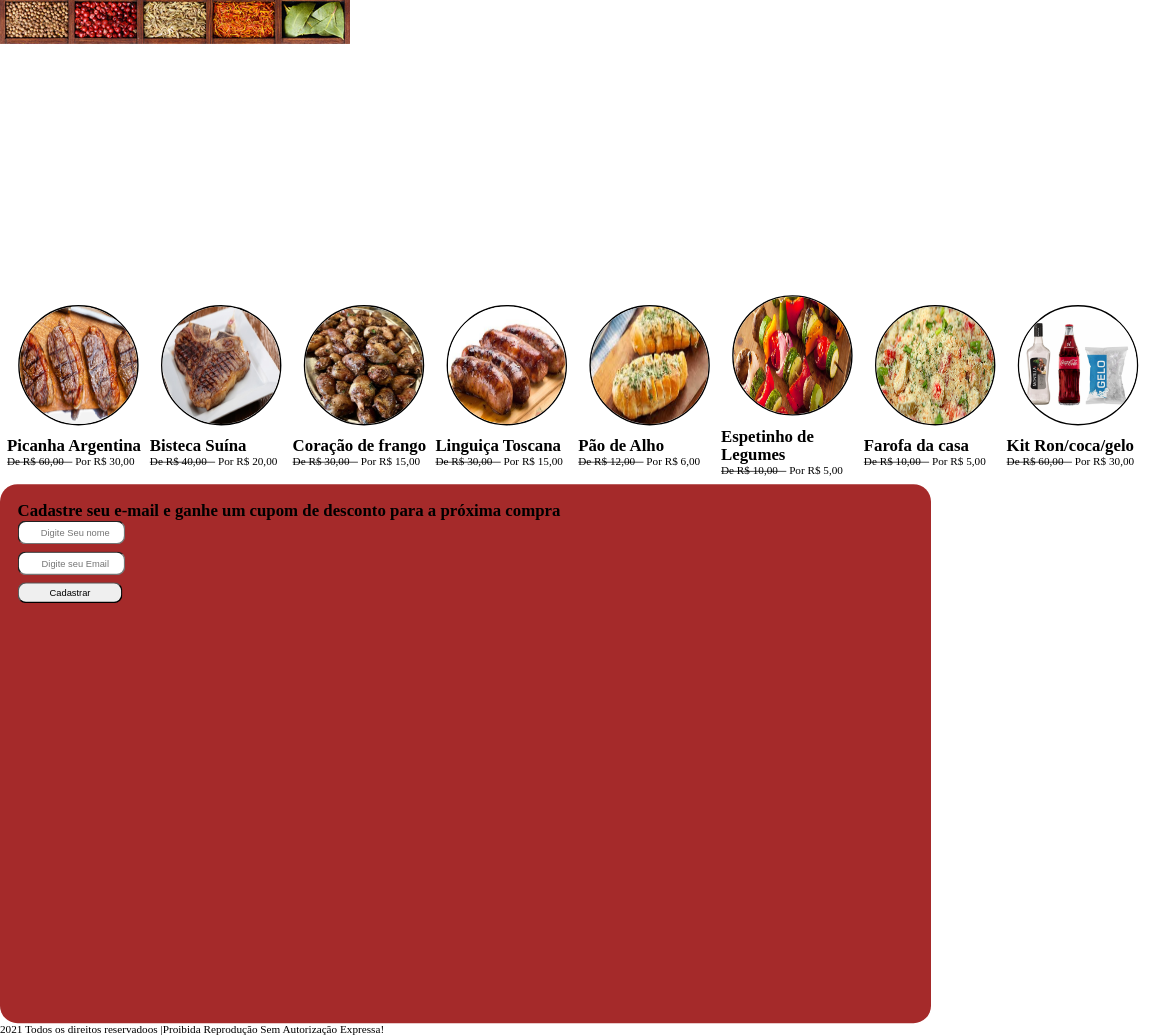
Repository: PauloMarquess/ProjetoBlackFriday
Page: index.html
These files come from the project's save history. The page is drawn as it stood at one moment and after the next save; the edit follows.
The browser window is 1280 px wide. The page is 1642 px wide, so the pictures cover 1642 px, including what lies to the right of the window. The pictures show the part of the page from y = 1034 to 2514 px (the page is 2514 px tall before and 2478 px after), at 70% of full size.

Above is the page before, as saved 2021-07-15 19:01:52.

### index.html
<!DOCTYPE html>
<html lang="pt-Br">

<head>
    <meta charset="UTF-8">
    <meta http-equiv="X-UA-Compatible" content="IE=edge">
    <meta name="viewport" content="width=device-width, initial-scale=1.0">
    <link rel="stylesheet" href="./css/style.css">
    <title>Churrascão do Paulão</title>
</head>

<body>
    <header role="navigation" id="menu">
        <div class="container-menu">
            <nav class="menu">

                <a href="#">Inicio</a>
                <a href="#sobre">Sobre</a>
                <a href="#produtos">Promoções</a>
                <a href="#formulario">Cadastre-se</a>

            </nav>
        </div>
    </header>

    <section class="container background-section">
        <img src="./img/icone.jpeg ">
        <h3>Não é só a grama do vizinho que é sempre mais verde, o churrasco dele também é sempre mais cheiroso.</h3>
        <p>Supreenda seus amigos naquele domingão ,aproveite a semana de promoção do churrascão do Paulão !</p>
        <p>Todo nosso cardápio com 50% de desconto,aproveite</p>

    </section>

    <section id="sobre">
        <p>Somos uma loja especializada em carnes de churrasco e bebidas . </p>
        <p> Contamos com um grupo de 20 fucionários para melhor atender a população da região.</p>
        <p> Usamos todos nossos temperos 100% naturais totalmente livres de agrotóxicos.</p>
        <img src="./img/temperos-naturais-imagem.jpg">


    </section>
    <div class="container-card">

    <section id="produtos">
        <div class="card">
            <img src="./img/picanha.jpg" alt="Picanha Argentina">
            <h2>Picanha Argentina</h2>
            <p><s> De R$ 60,00  &nbsp;&nbsp;</s>   Por R$ 30,00</p>
        </div>

        <div class="card">
            <img src="./img/bisteca_suina.jpg" alt="Bisteca Suína">
            <h2>Bisteca Suína</h2>
            <p><s> De R$ 40,00  &nbsp;&nbsp;</s>   Por R$ 20,00</p>
        </div>

        <div class="card">
            <img src="./img/Coração-De-Frango.jpg" alt="Coração de frango">
            <h2>Coração de frango</h2>
            <p><s> De R$ 30,00  &nbsp;&nbsp;</s>   Por R$ 15,00</p>
        </div>

        <div class="card">
            <img src="./img/linguica_toscana.jpg" alt="Linguiça Toscana">
            <h2>Linguiça Toscana</h2>
            <p><s> De R$ 30,00  &nbsp;&nbsp;</s>   Por R$ 15,00</p>
        </div>

        <div class="card">
            <img src="./img/pao-de-alho.jpg" alt="Pão de alho">
            <h2>Pão de Alho</h2>
            <p><s> De R$ 12,00  &nbsp;&nbsp;</s>   Por R$ 6,00</p>
        </div>

        <div class="card">
            <img src="./img/espetinho_de_legumes.jpeg" alt="Espetinho de Legumes">
            <h2>Espetinho de Legumes</h2>
            <p><s> De R$ 10,00  &nbsp;&nbsp;</s>   Por R$ 5,00</p>
        </div>

        <div class="card">
            <img src="./img/farofa-leve-para-churrasco.jpg" alt="Farofa da casa">
            <h2>Farofa da casa</h2>
            <p><s> De R$ 10,00  &nbsp;&nbsp;</s>   Por R$ 5,00</p>
        </div>

        <div class="card">
            <img src="./img/ron-coca-gelo.png" alt="kit ron coca gelo">
            <h2>Kit Ron/coca/gelo</h2>
            <p><s> De R$ 60,00  &nbsp;&nbsp;</s>   Por R$ 30,00</p>
        </div>

    </section>

</div>


    <section id="formulario">
        <h2>Cadastre seu e-mail e ganhe um cupom de desconto para a próxima compra</h2>
        <div id="content">
            <form id="form">
                <input type="text" placeholder="   Digite Seu nome" id="name">
                <input type="email" placeholder="   Digite seu Email" id="email">
                <input type="submit" value="Cadastrar">

            </form>
        </div>
    </section>
    <footer>2021 Todos os direitos reservadoos |Proibida Reprodução Sem Autorização Expressa!</footer>

</body>
<script src="./script.js"></script>

</html>

### css/style.css
* {
    padding: 0;
    margin:0;
    list-style: none;


}
html{
    scroll-behavior: smooth;
}

header {
    position: sticky;
    top: 0;



}
header .container-menu{
    display: flex;
    flex-direction: row;
    align-items: center;
    justify-content: space-around;
    padding: 20px;


}
header .container-menu a {
    margin: 4rem;
    padding: 20px;
}

header nav a:hover {
    color: #a8a8a7;
}


.container{
    width: 100%;
    height: 85vh;
    display: inline-block;
    align-items: center;
    color: black;
    font-size: 20px;
    padding: 20px;
}
.container img {
    width: 200px;
    height: 200px;
    border-radius: 25px;
    opacity: 90%;
}
.background-section {
    background-image: url(../img/barbecue-820010_1280.jpg)

}


#formulario {
    background-color: brown;
    border-radius: 25px;
    padding: 25px;
    align-items: center;
    width: 100%;
    height: 100vh;
}
#formulario form {

    display: grid;
    width: 150px;
    align-items: center;
}
input {
    width: 100%;
    border-radius: 12px;
   height: 30px;
   margin-bottom: 10px;
   text-align: center;

}
container-card {
    width: 100%;
    height: 100vh;
}

#produtos {
    padding: 10px;
    display: flex;
    align-items: center;
    justify-content: space-between;
    flex-wrap:nowrap;
}


#produtos img{
    width: 168px;
     height: 168px;
     border-radius: 103%;
     border: 2px solid black;
     display: flex;
     flex-direction: column;
     align-items: center;
     margin: 1rem;
}
#sobre {
    width: 100%;
    height: 100vh;
}

### script.js
const form = document.getElementById ('form')

form.addEventListener('submit',(e) =>{
    e.preventDefault()
    let nome =document.getElementById('name').value;
    let email =document.getElementById('email').value;
    console.log(nome,email)
    let data ={
        nome,email,
    }
let converteData =JSON.stringify(data);
localStorage.setItem('lead',converteData)

let content = document.getElementById('content')

let carregando = `<p>carregando...</p>`

let enviado =`<p>Cadastrado com sucesso</p>`

content.innerHTML =carregando

setTimeout(() => {
content.innerHTML = enviado
},1500)

})

After the next save:
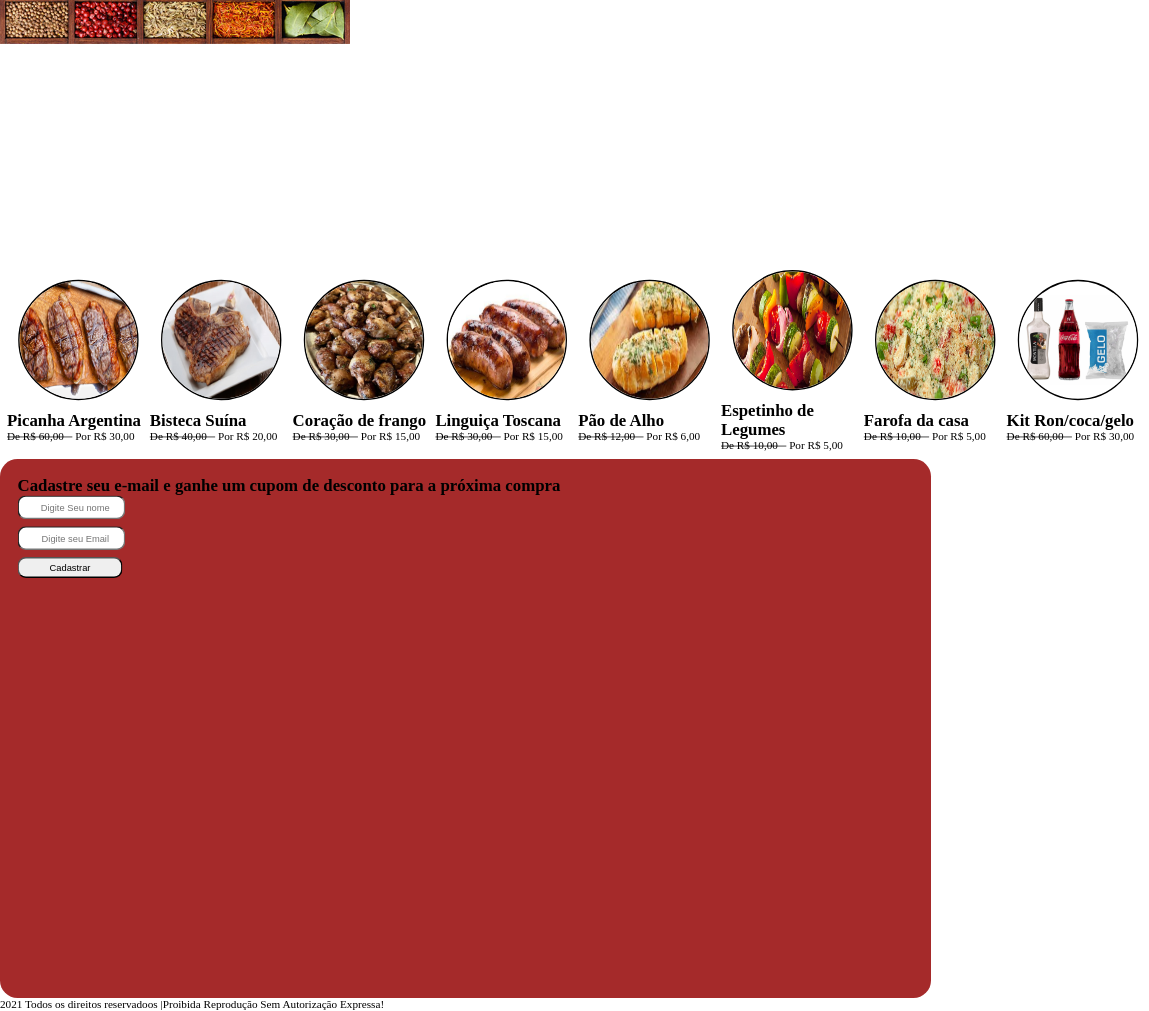
Saved 36 s later.
--- a/css/style.css
+++ b/css/style.css
@@ -104,5 +104,5 @@
 }
 #sobre {
     width: 100%;
-    height: 100vh;
+    height: 95vh;
 }
